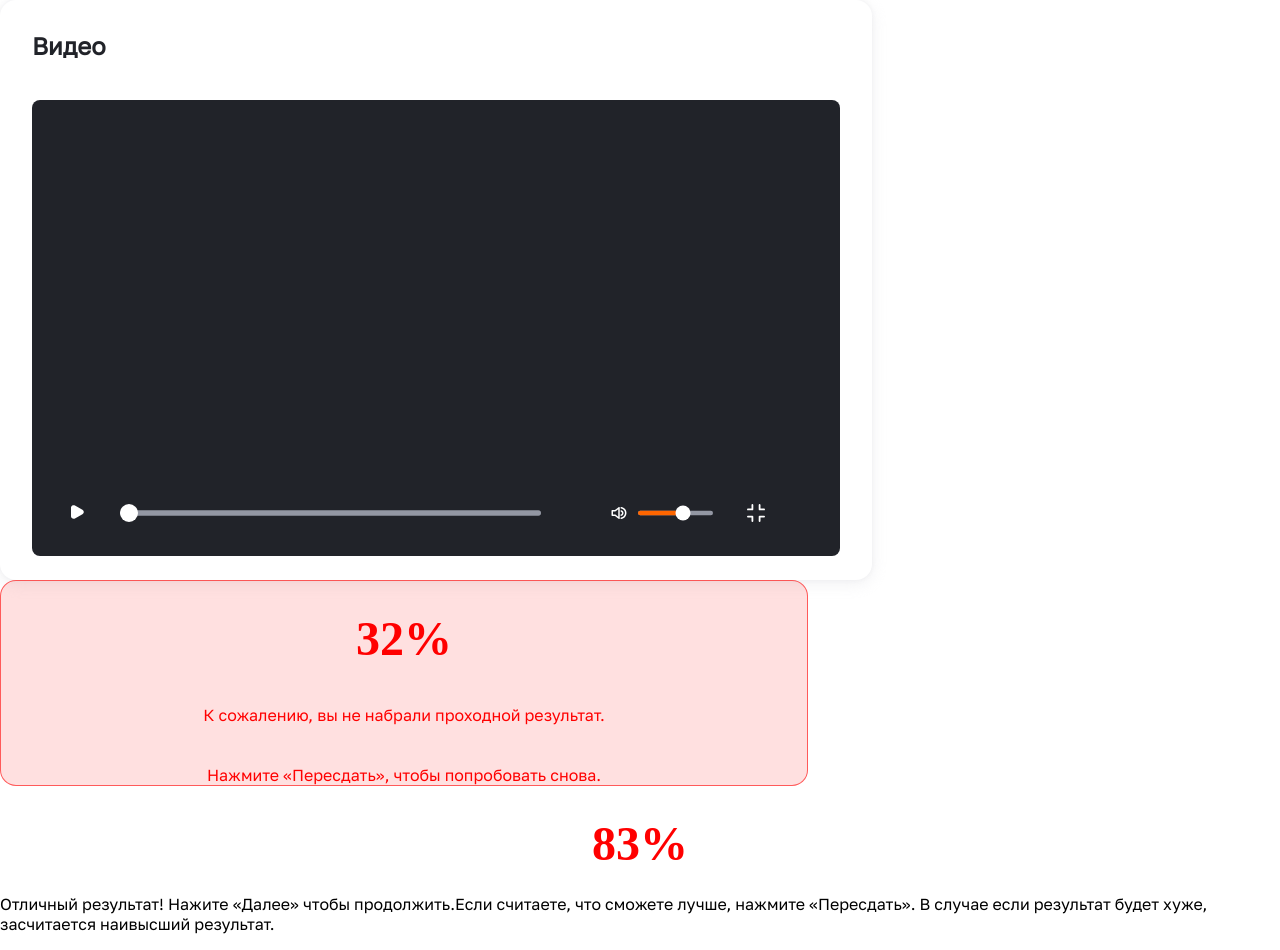
Repository: RuslanSR2424/Group5_LizaAlert
Page: index.html
An editor plug-in stored every save of this project. The page is shown before and after the next save, followed by the edit.
The browser window is 1280 px wide. The pictures show the whole page.

Above is the page before, as saved 2022-03-09 17:11:25.

After the next save:
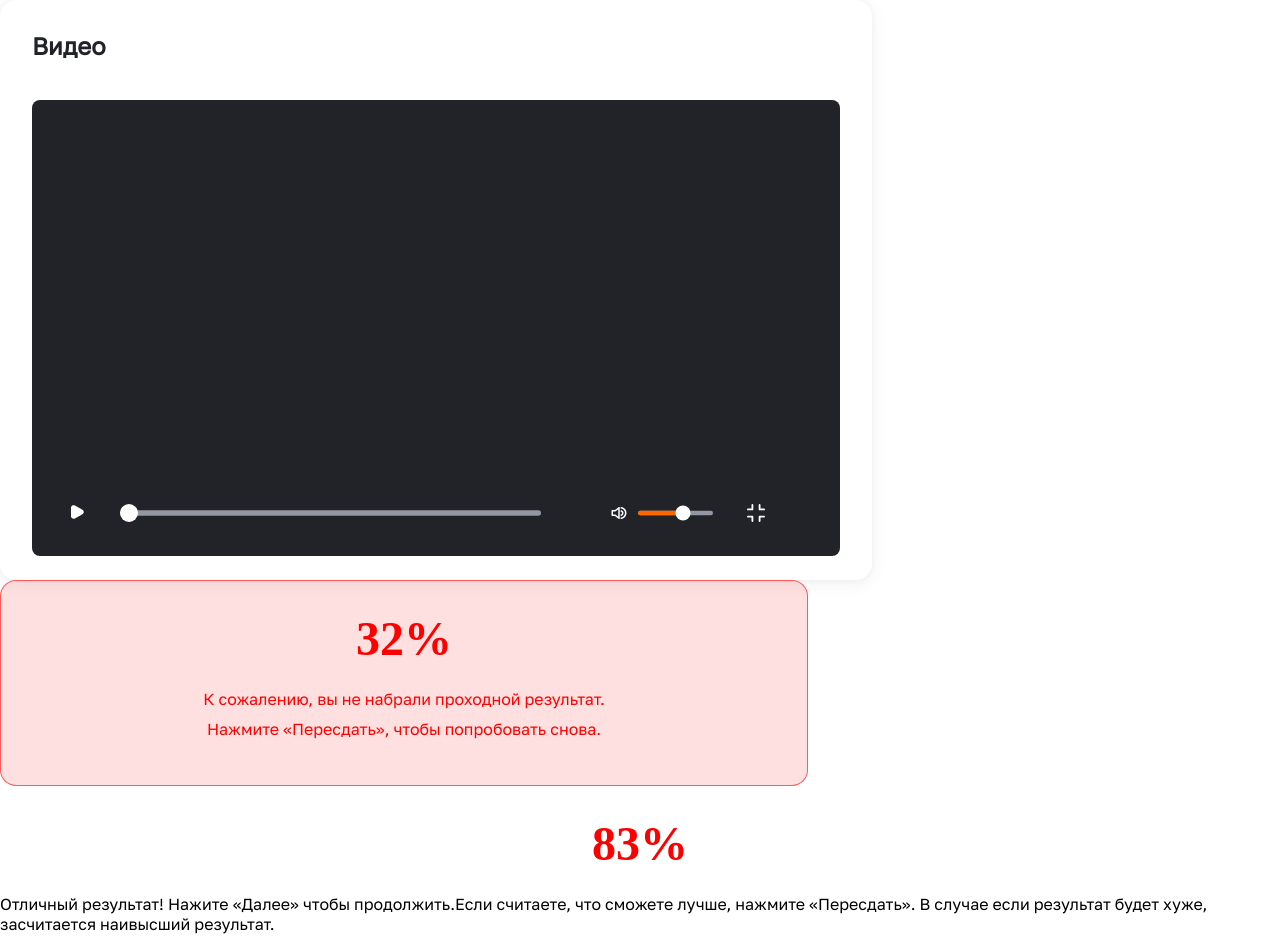
Saved 20 s later.
--- a/blocks/results/__text/_type/result__text_type_bad.css
+++ b/blocks/results/__text/_type/result__text_type_bad.css
@@ -2,5 +2,5 @@
   color: #ff0000;
   width: 680px;
   text-align: center;
-  margin-bottom: 24px;
+  margin: 0 0 10px 0;
 }
